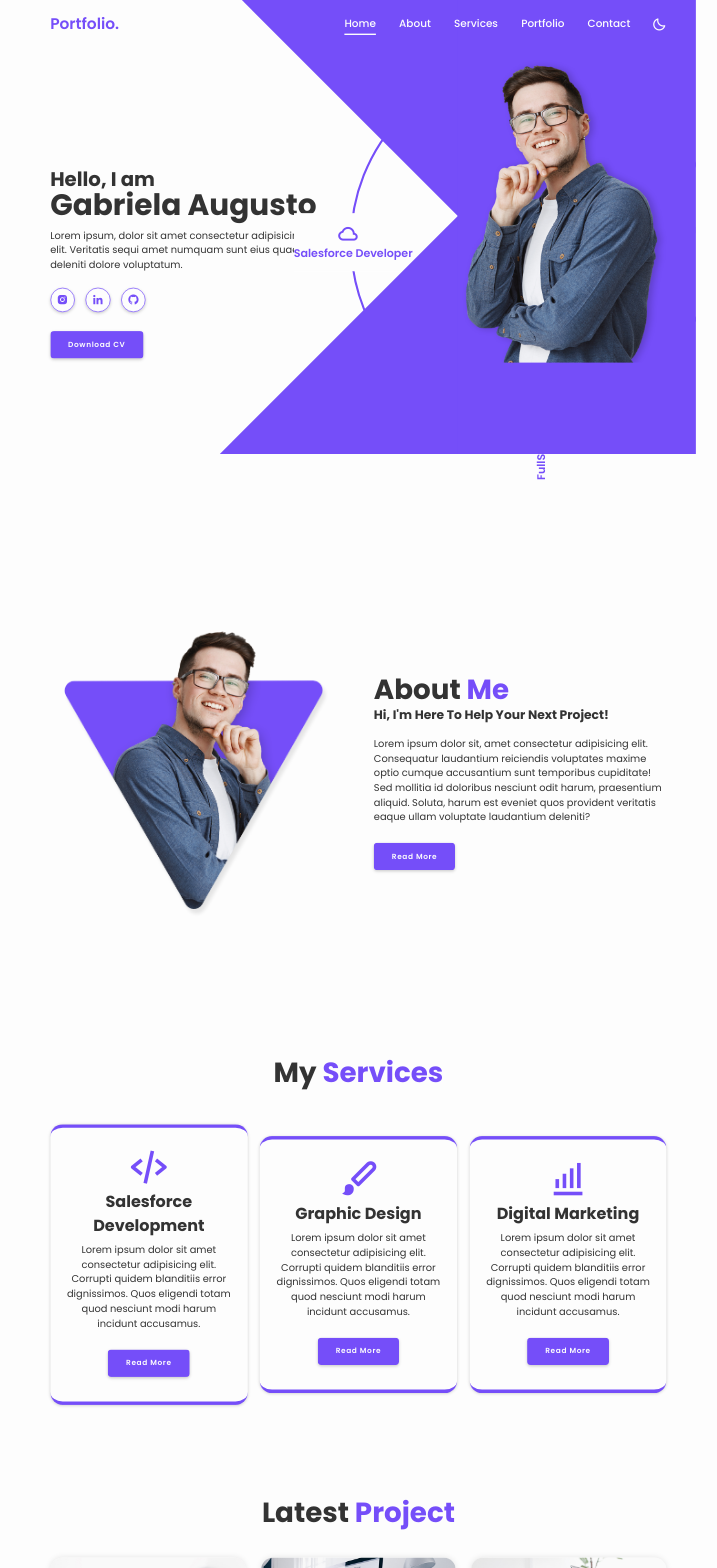
Repository: Gabi-Augusto/Portfolio
Page: index.html
The author's editor kept a copy of each file at every save. The page is drawn from the files as they stood at one save, then again after the next save.
The browser window is 1024 px wide. The pictures show the part of the page from y = 0 to 2240 px (the page is 4201 px tall before and 4206 px after), at 70% of full size.

Above is the page before, as saved 2023-12-02 11:37:43.

After the next save:
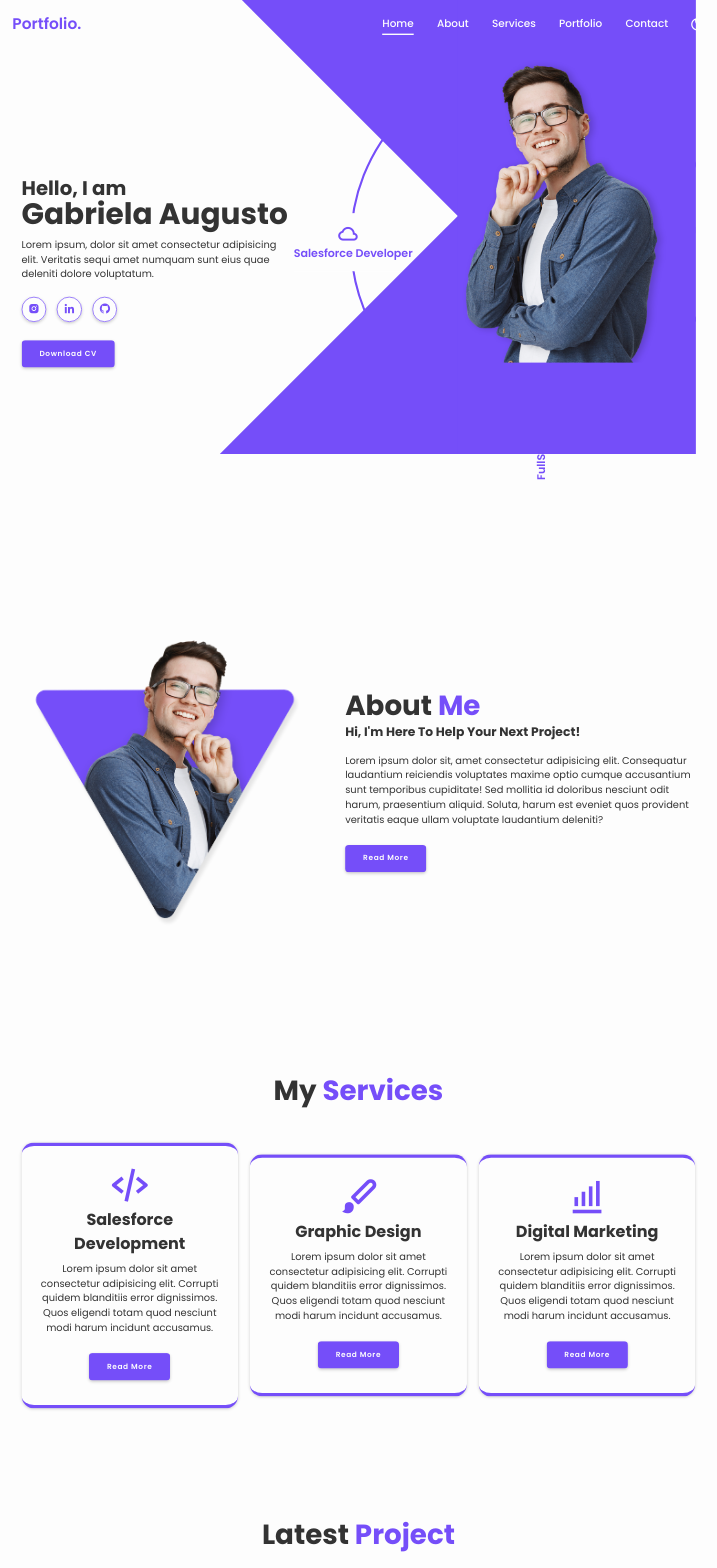
Saved 13 min 56 s later.
--- a/css/style.css
+++ b/css/style.css
@@ -589,3 +589,13 @@ span {
         right: -9rem;
     }
 }
+
+@media (max-width: 1024px) {
+    .header {
+        padding: 2rem;
+    }
+
+    section {
+        padding: 10rem 3% 2rem;
+    }
+}
